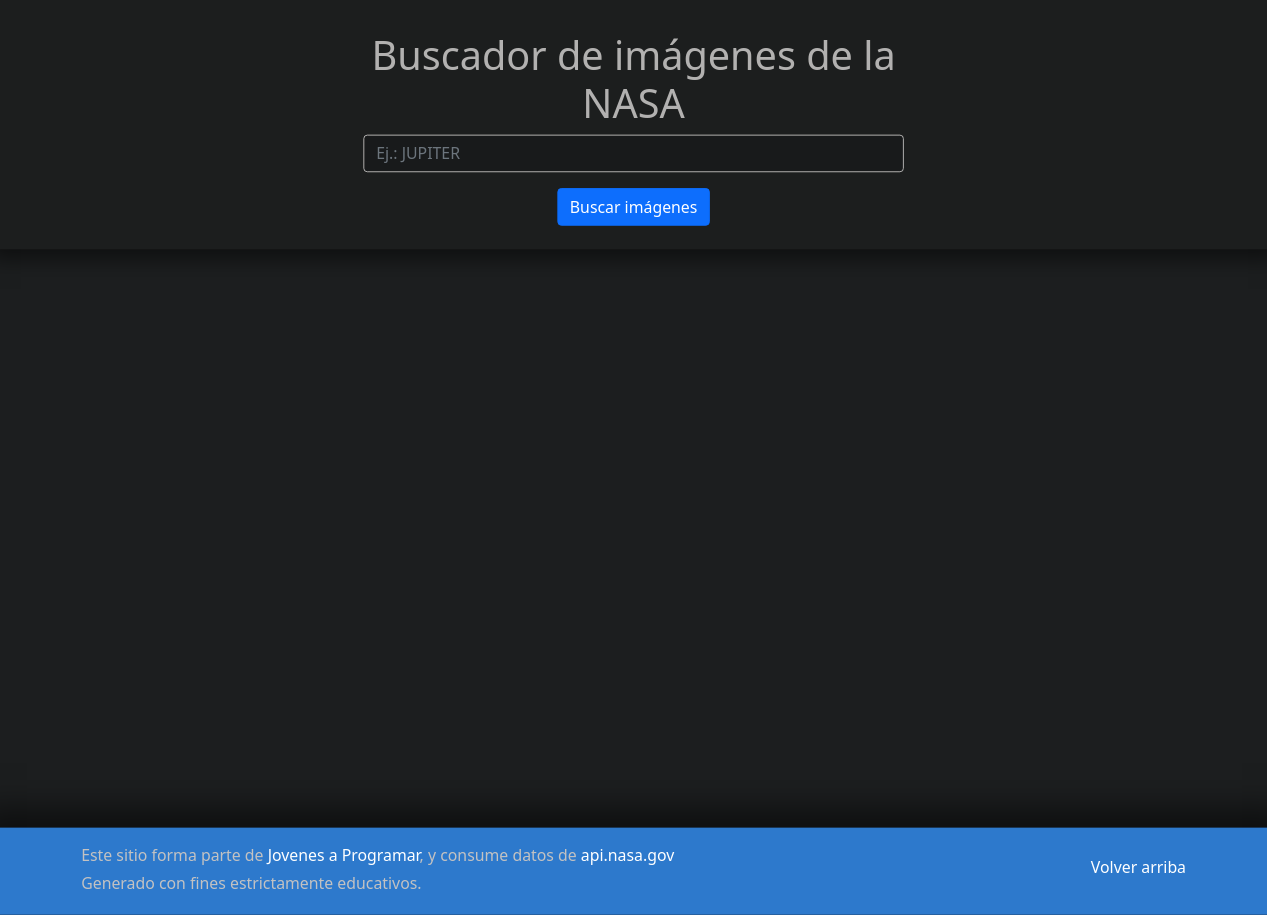
Repository: romancegirl/galaxies
Page: index.html
An editor plug-in stored every save of this project. The page is shown before and after the next save, followed by the edit.
The browser window is 1280 px wide. The pictures show the whole page, at 99% of full size.

Above is the page before, as saved 2024-11-30 04:00:07.

After the next save:
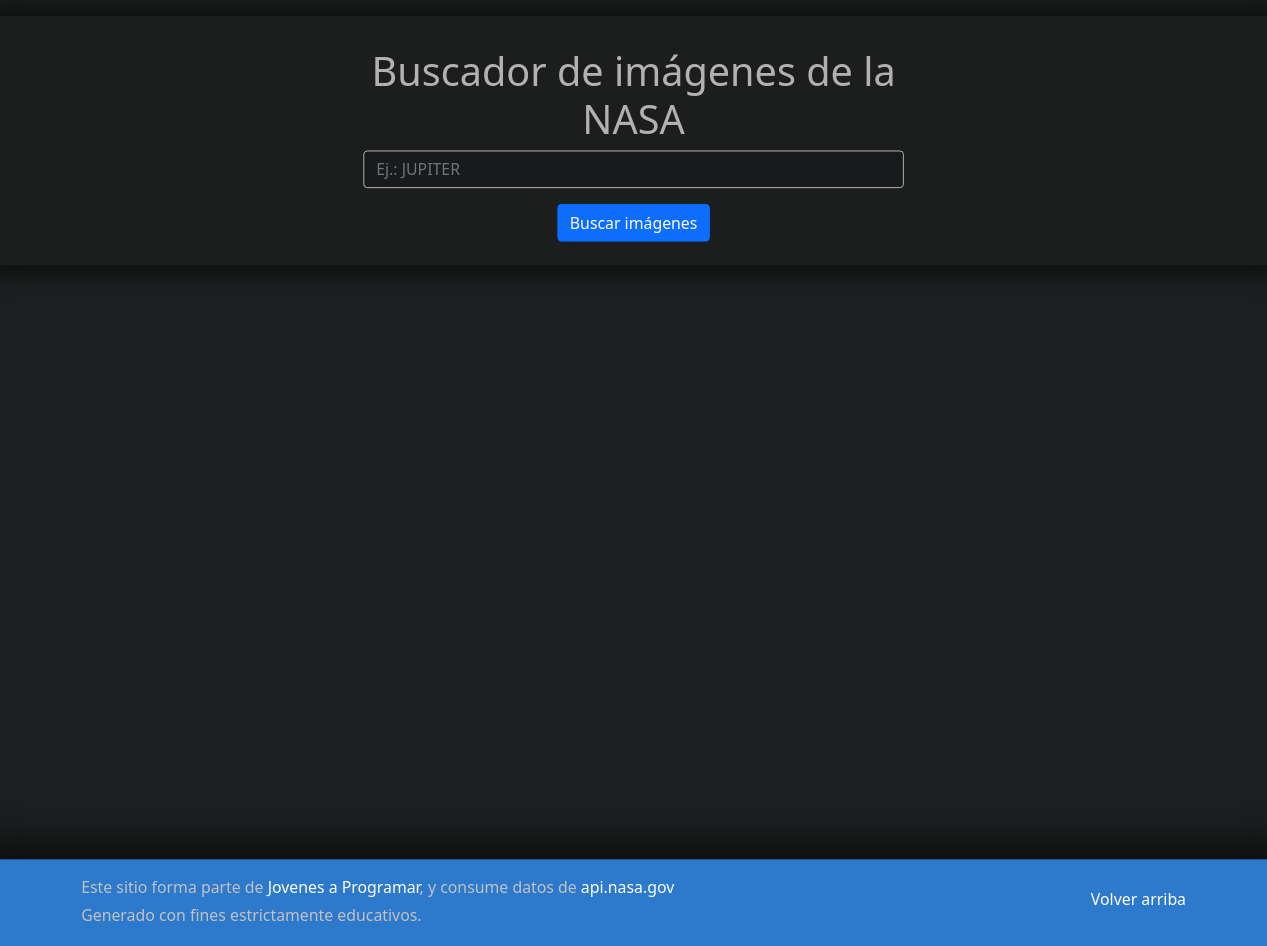
Saved 52 s later.
--- a/index.html
+++ b/index.html
@@ -12,7 +12,7 @@
 
 <body>
 
-  <header>
+  <header class="py-3">
     <div id="intro">
       <div class="text-center container">
         <div class="row py-lg-3">

After the save that followed:
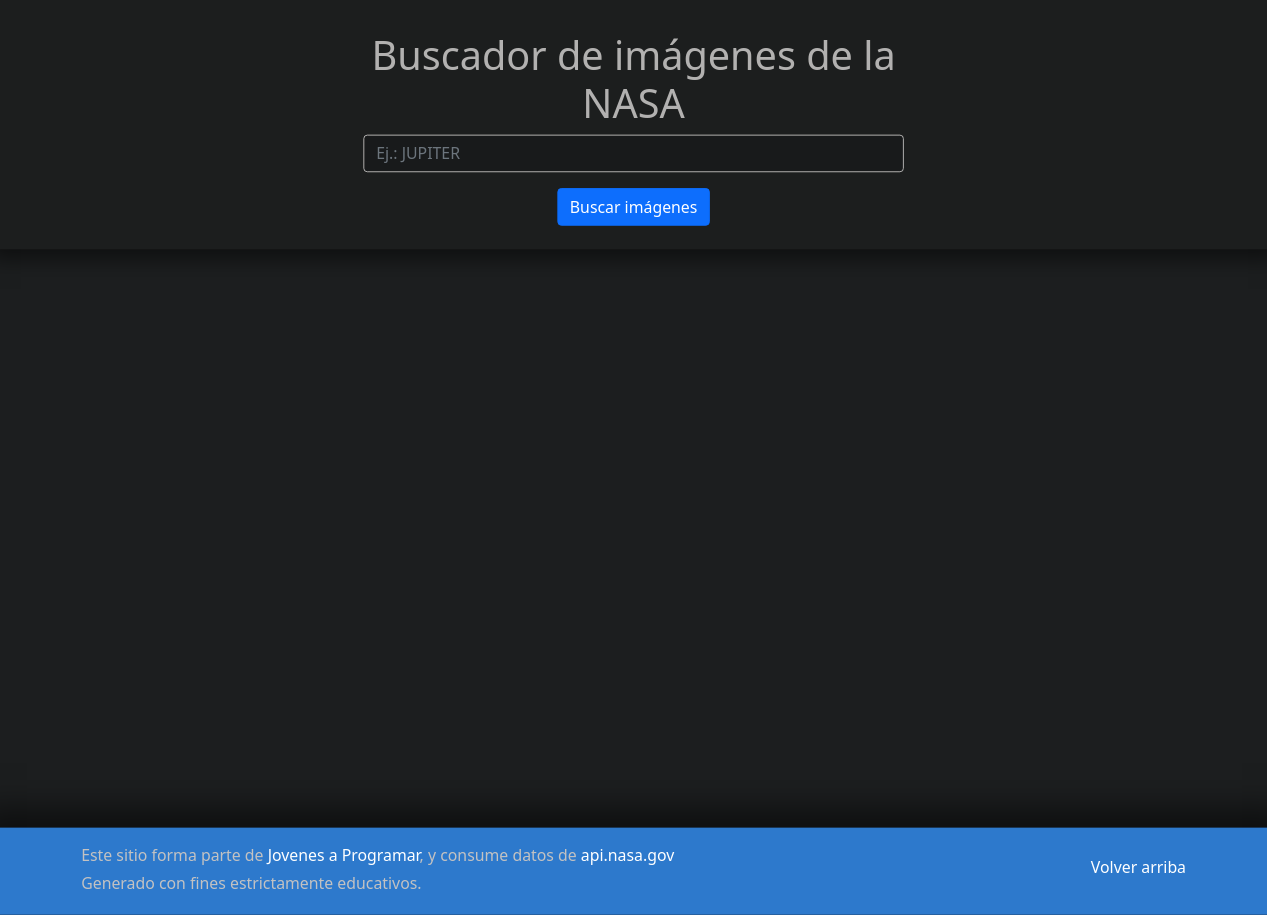
Saved 10 s later.
--- a/index.html
+++ b/index.html
@@ -12,7 +12,7 @@
 
 <body>
 
-  <header class="py-3">
+  <header>
     <div id="intro">
       <div class="text-center container">
         <div class="row py-lg-3">
